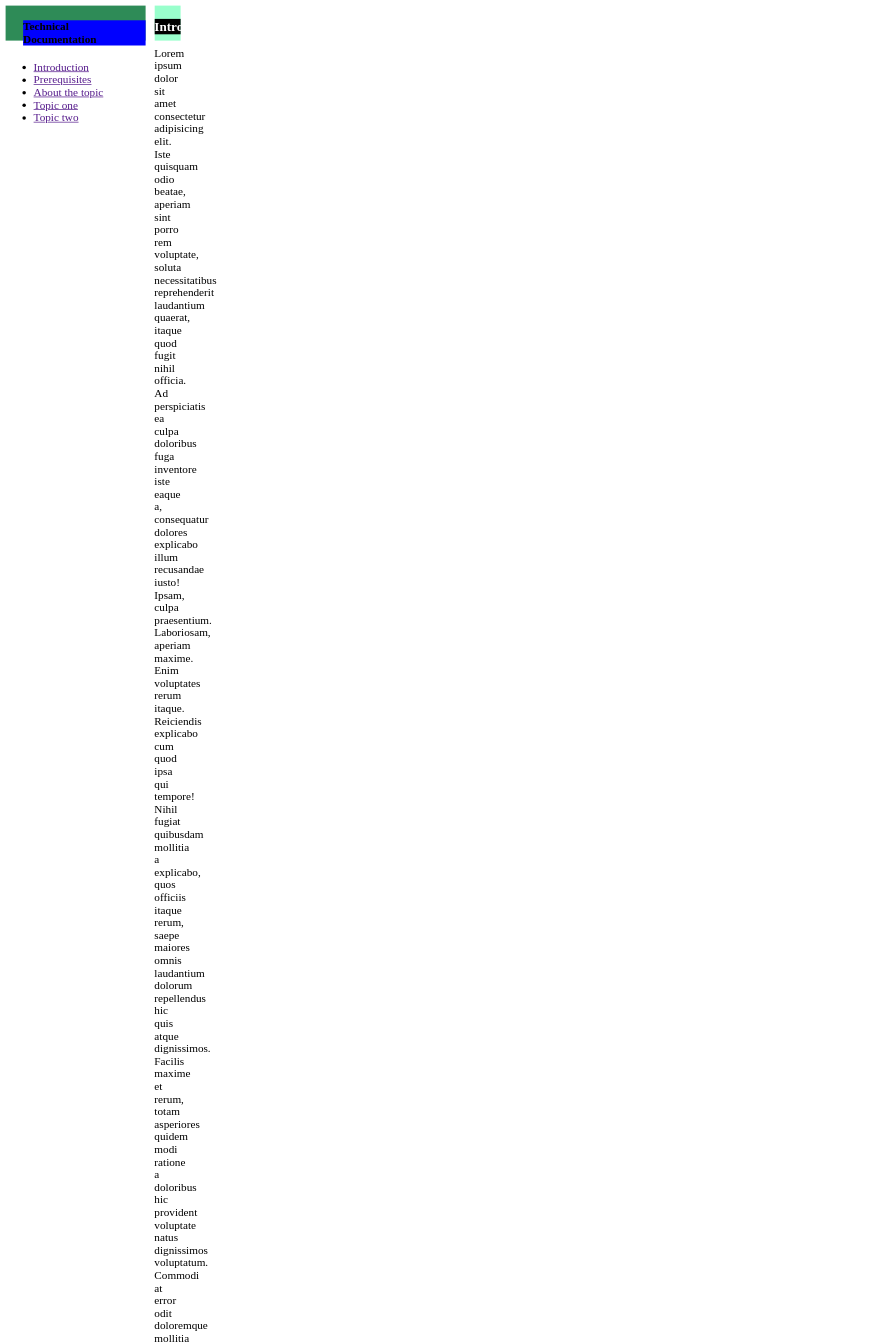
Repository: JoaoLemesDEV/Excercise-Tech-Documentation-Page
Page: index.html
An editor plug-in stored every save of this project. The page is shown before and after the next save, followed by the edit.
The browser window is 1280 px wide. The pictures show the part of the page from y = 0 to 1920 px (the page is 7917 px tall before and 805 px after), at 70% of full size.

Above is the page before, as saved 2021-10-03 20:51:29.

After the next save:
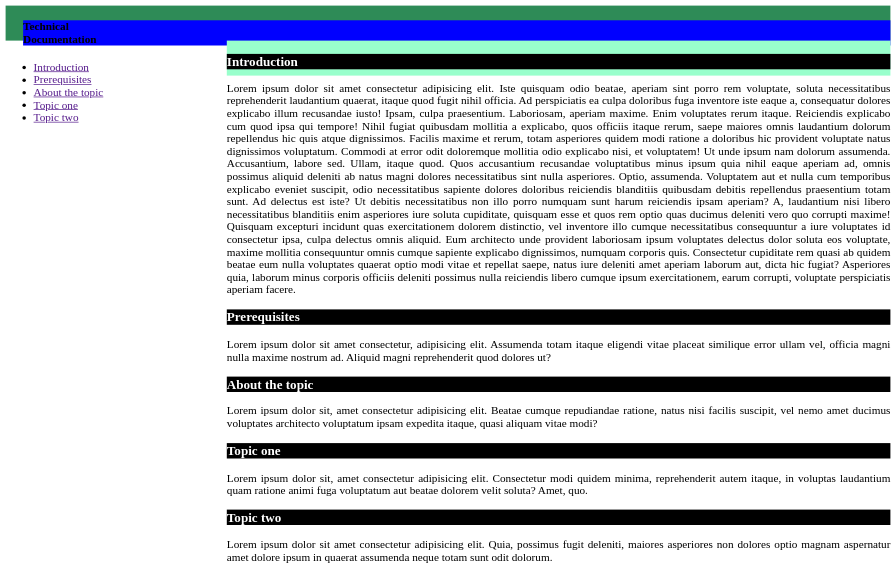
Saved 8 s later.
--- a/index.css
+++ b/index.css
@@ -6,7 +6,7 @@ background-color: seagreen;
 
 .wrapper {
     display: grid;
-    grid-template-columns: 200px 50px 100px;
+    //grid-template-columns: 200px 50px 100px;
     grid-template-rows: 50px 50px;
 }
 
